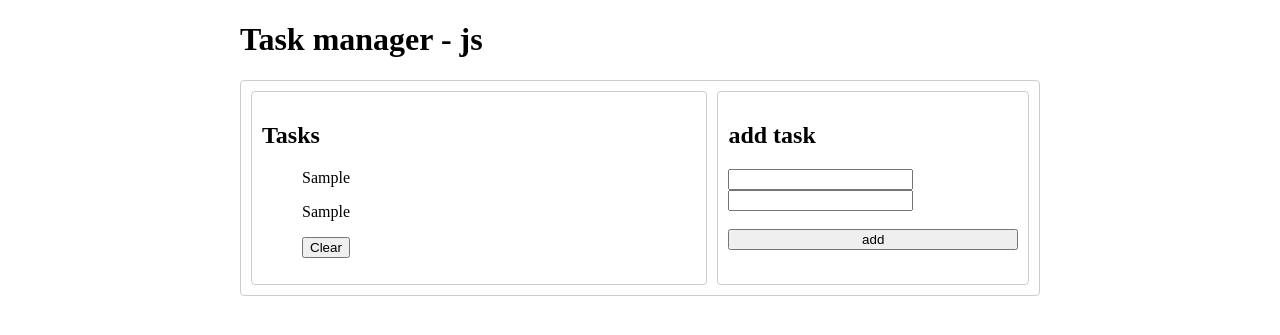
Repository: iKrekus/taskmgr-js
Page: index.html
An editor plug-in stored every save of this project. The page is shown before and after the next save, followed by the edit.
The browser window is 1280 px wide. The pictures show the whole page.
Empty fields were first filled with sample values (such as "Sample", 5 or name@example.com).
After loading, the first visible `#btn-add` was clicked once.

Above is the page before, as saved 2024-03-15 08:47:49.

### index.html
<!DOCTYPE html>
<html>
<head>
  <meta charset='utf-8'>
  <meta http-equiv='X-UA-Compatible' content='IE=edge'>
  <title>Task manager - js</title>
  <meta name='viewport' content='width=device-width, initial-scale=1'>
  <link rel='stylesheet' type='text/css' media='screen' href='style.css'>
</head>
<body>
<main>
  <h1>Task manager - js</h1>
  <div class="task-mgr container">
    <div class="task-mgr__tasks-box container">
      <h2>Tasks</h2>
      <ul class="task-mgr__list">
      </ul>
    </div>
    <div class="task-mgr__add-task container">
      <h2>add task</h2>
      <label for="title">
        <input type="text" name="title" id="task-title" class="task-mgr__field">
      </label>
      <label for="description">
        <input type="text" name="description" id="task-description" class="task-mgr__field">
      </label>
      <br>
      <br>
      <button type="button" class="task-mgr-btn task-mgr-btn__add" id="btn-add">add</button>
    </div>
  </div>
</main>
<template id="task-tmpl">
  <li>
  <p class="task-title"></p>
  <p class="task-description"></p>
  <button type="button" class="btn btn__remove">Clear</button>
  </li>
</template>
<script src='app.js'></script>
</body>
</html>

### style.css
main {
  max-width: 800px;
  margin: 0 auto;
}

li {
  list-style-type: none;
  padding: 0;
}
.task-mgr {
  display: flex;
  gap: 10px;
}

.task-mgr__tasks-box {
  width: 60%;
}

.task-mgr__add-task {
  width: 40%;
}

.task-mgr-btn {
  width: 100%;
}

.container {
  border: 1px solid #cccccc;
  border-radius: 4px;
  padding: 10px;
}

### app.js
const taskTitleField = document.querySelector('#task-title');
const taskDescriptionField = document.querySelector('#task-description');
const buttonAdd = document.querySelector('#btn-add');
const taskTitle = document.querySelector('.task-mgr__list');
const taskTemplate = document.querySelector('#task-tmpl').content;

buttonAdd.addEventListener('click', function () {
  if (taskTitleField.value && taskDescriptionField.value) {
  createTask(taskTitleField.value, taskDescriptionField.value);
  clear();
  }

})

function clear(){
  taskTitleField.value='';
  taskDescriptionField.value='';
};


function createTask (name, description) {
  const task = taskTemplate.cloneNode(true);
  task.querySelector('.task-title').textContent = name;
  task.querySelector('.task-description').textContent = description;
  task.querySelector('.btn__remove').addEventListener('click', function() {
    LI.remove();
  })
  renderTask(task)
}

function renderTask (elem) {
  const taskElement = document.createDocumentFragment();
  taskElement.append(elem);
  taskTitle.append(taskElement);
}

// function addTask (element) {
//   const task = document.createElement('li')
//   task.innerHTML = `
//     <span>${taskTitleField.value}<span>
//     <span>${taskDescriptionField.value}<span>`;
//   tasksList.appendChild(task)
// }

After the next save:
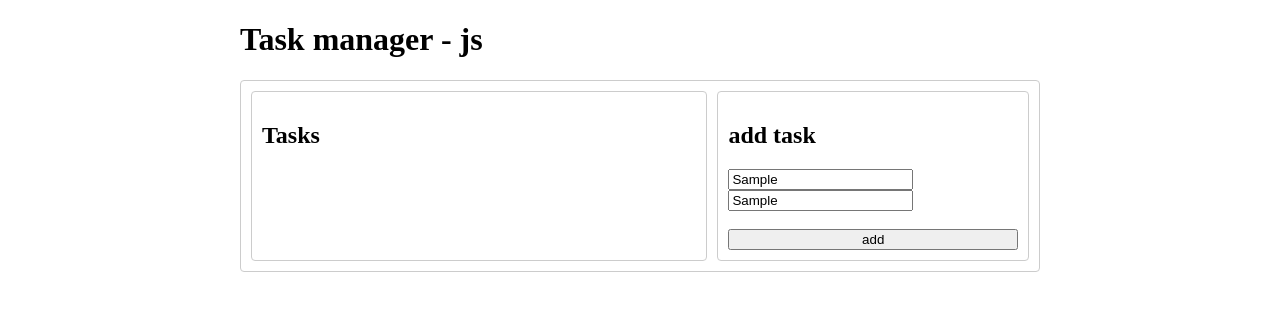
Console error: ReferenceError: task is not defined
Saved 43 s later.
--- a/app.js
+++ b/app.js
@@ -22,15 +22,15 @@ function createTask (name, description) {
   const task = taskTemplate.cloneNode(true);
   task.querySelector('.task-title').textContent = name;
   task.querySelector('.task-description').textContent = description;
-  task.querySelector('.btn__remove').addEventListener('click', function() {
-    LI.remove();
-  })
   renderTask(task)
 }
 
 function renderTask (elem) {
   const taskElement = document.createDocumentFragment();
   taskElement.append(elem);
+  task.querySelector('.btn__remove').addEventListener('click', function() {
+    taskElement.remove();
+  })
   taskTitle.append(taskElement);
 }
 
